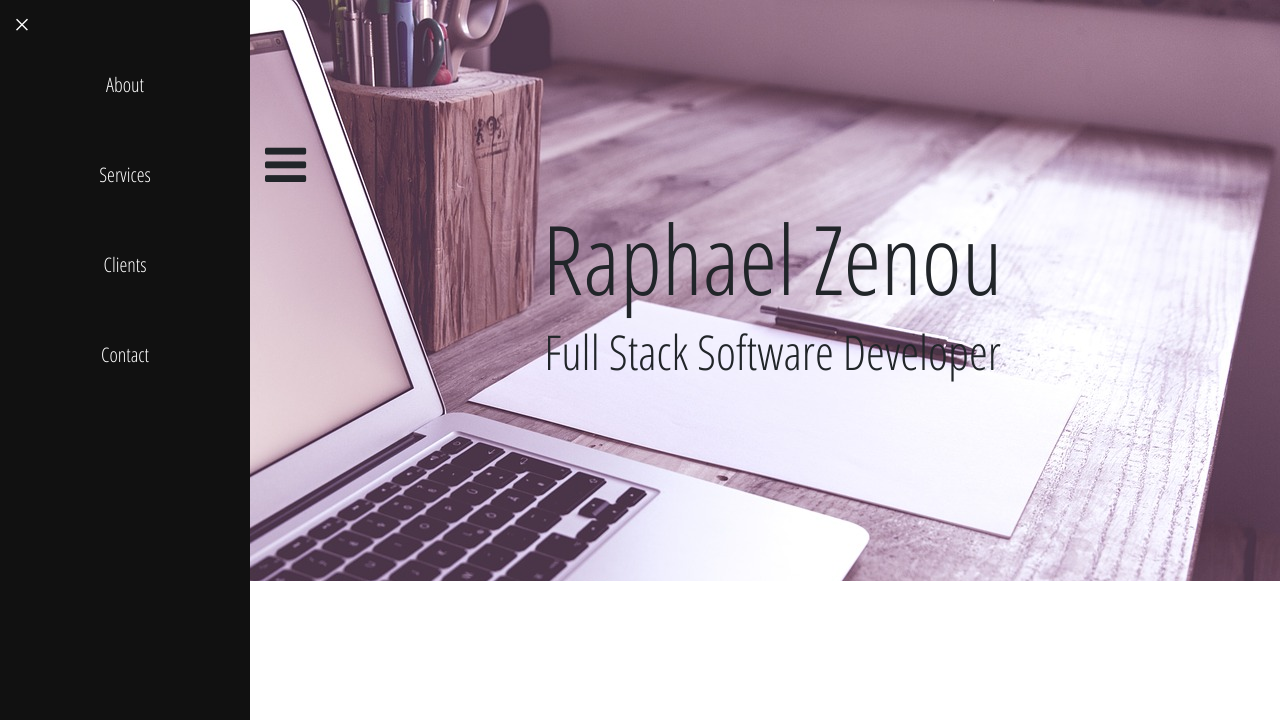
Repository: Code-Institute-Submissions/resume
Page: index.html
The author's editor kept a record of every edit. The page is drawn from the files as they stood at one moment, then again after the next edit.
The browser window is 1280 px wide. The pictures show the whole page.
After loading, the first visible `span` was clicked once.

Above is the page before.

### index.html
<!doctype html>
<html lang="en">
  <head>
    <!-- Required meta tags -->
    <meta charset="utf-8">
    <meta name="viewport" content="width=device-width, initial-scale=1, shrink-to-fit=no">

    <!-- Bootstrap & font awesome CSS -->
    <link rel="stylesheet" href="https://stackpath.bootstrapcdn.com/bootstrap/4.3.1/css/bootstrap.min.css" integrity="sha384-ggOyR0iXCbMQv3Xipma34MD+dH/1fQ784/j6cY/iJTQUOhcWr7x9JvoRxT2MZw1T" crossorigin="anonymous">
    <link rel="stylesheet" href="https://stackpath.bootstrapcdn.com/font-awesome/4.7.0/css/font-awesome.min.css" type="text/css" />

    <!-- Custom CSS -->
    <link rel="stylesheet" href="assets/css/style.css" type="text/css" />


    <title>Raphael Zenou - Full Stack Software Developer</title>
  </head>

 <div id="mySidenav" class="sidenav">
  <a href="javascript:void(0)" class="closebtn" onclick="closeNav()">&times;</a>
  <a href="#">About</a>
  <a href="#">Services</a>
  <a href="#">Clients</a>
  <a href="#">Contact</a>
</div>



<div id="main">

  <body>


    <header class="jumbotron jumbotron-fluid">
      <div class="container-fluid">
        <div class="row sidebarburger">
          <span onclick="openNav()"><i class="fa fa-bars"></i></span>
        </div>
        <div class="row">
          <h1 class="header-text name">Raphael Zenou</h1>
        </div>
        <div class="row">
          <h2 class="header-text job">Full Stack Software Developer</h1>
        </div>

      </div>
    </header>

    <section id="about">



    </section>
    <section id=>


    </section>


    <!-- Optional Bootstrap reltated JavaScript -->
    <!-- jQuery first, then Popper.js, then Bootstrap JS -->
    <script src="https://code.jquery.com/jquery-3.3.1.slim.min.js" integrity="sha384-q8i/X+965DzO0rT7abK41JStQIAqVgRVzpbzo5smXKp4YfRvH+8abtTE1Pi6jizo" crossorigin="anonymous"></script>
    <script src="https://cdnjs.cloudflare.com/ajax/libs/popper.js/1.14.7/umd/popper.min.js" integrity="sha384-UO2eT0CpHqdSJQ6hJty5KVphtPhzWj9WO1clHTMGa3JDZwrnQq4sF86dIHNDz0W1" crossorigin="anonymous"></script>
    <script src="https://stackpath.bootstrapcdn.com/bootstrap/4.3.1/js/bootstrap.min.js" integrity="sha384-JjSmVgyd0p3pXB1rRibZUAYoIIy6OrQ6VrjIEaFf/nJGzIxFDsf4x0xIM+B07jRM" crossorigin="anonymous"></script>
    <script>
      function openNav() {
        document.getElementById("mySidenav").style.width = "250px";
        document.getElementById("main").style.marginLeft = "250px";
      }

      function closeNav() {
        document.getElementById("mySidenav").style.width = "0";
        document.getElementById("main").style.marginLeft= "0";
      }
    </script>
  </body>
  <footer>
  </footer>

</div>



</html>

### assets/css/style.css
@import url('https://fonts.googleapis.com/css?family=Open+Sans:100,200,300,400,500,600,700|Dosis:100,200,300,400,500,600,700|Open+Sans+Condensed:100,200,300,400,500,600,700');

/* -------------------------------------------------------------------------------GENERAL */

.container-fluid, .sidenav a {
  font-family: 'Open Sans Condensed', 'sans-serif';
}

/* -------------------------------------------------------------------------------HEADER JUMBOTRON */

.jumbotron {
    margin: 0px;
    background: url("../pics/header.jpg");
    background-position: top;
    background-size: 100%;
    background-repeat: no-repeat;
    background-attachment: fixed;
    padding-top:8em;
    padding-bottom:12em;
}


.container-fluid {
  font-size:2em;
  padding: 0px;
  margin: 0px;
  width: 100%;
}

.header-text {
    text-align: center;
    width:100%;
}

.name {
    font-size: 3em;
}
.job {
    font-size:1.5em;
}
.row {
    margin:0px;
    padding-left: 15px;

}



@media only screen and (max-width: 411px) {
    .jumbotron { padding-top:2.5em;padding-bottom:2.5em;}
    .name {font-size: 1.5em;}
    .job {font-size:.75em;}}

/* -------------------------------------------------------------------------------SIDEBAR base code from W3School*/

/* The side navigation menu */
.sidenav {
  height: 100%; /* 100% Full-height */
  width: 0; /* 0 width - change this with JavaScript */
  position: fixed; /* Stay in place */
  z-index: 1; /* Stay on top */
  top: 0; /* Stay at the top */
  left: 0;
  background-color: #111; /* Black*/
  overflow-x: hidden; /* Disable horizontal scroll */
  padding-top: 60px; /* Place content 60px from the top */
  transition: 0.5s; /* 0.5 second transition effect to slide in the sidenav */
}

/* The navigation menu links */
.sidenav a {
  /*padding: 2px 8px 2px 2px;*/
  padding-top:10px;
  padding-bottom: 50px;
  text-align:center;
  text-decoration: none;
  font-size: 20px;
  color: #fefefe;
  display: block;
  transition: 0.3s;
}

/* When you mouse over the navigation links, change their color */
.sidenav a:hover {
  color: yellow;
}

/* Position and style the close button (top right corner) */
.sidenav .closebtn {
  position: absolute;
  top: 0;
  left: 25px;
  font-size: 35px;
  margin-left: -10px;
  margin-top: -2px;
  padding: 0px;
}


/* Style page content - use this if you want to push the page content to the right when you open the side navigation */
#main {
  transition: margin-left .5s;
  padding: 0px;
}

/* On smaller screens, where height is less than 450px, change the style of the sidenav (less padding and a smaller font size) */
@media screen and (max-width: 411px) {
  .sidenav {padding-top: 60px;}
  .sidenav a {font-size: 15px; padding-bottom: 20px;padding-top: 10px;}
  .sidenav .closebtn {right: 110px;font-size: 35px;margin-left: -15px;padding-top: 2px}
}


/* -------------------------------------------------------------------------------STICKY TOP MENU base code from W3School*/

/* The navigation bar */
.navbar {
  overflow: hidden;
  background-color: transparent;
  position: fixed; /* Set the navbar to fixed position */
  top: 0; /* Position the navbar at the top of the page */
  width: 100%; /* Full width */

}

.sidebarburger {
  font-size:1.5em;

}


/* Change background on mouse-over */
.sidebarburger:hover {
  color: white;
}

@media screen and (max-width: 411px) {
  .sidebarburger {font-size:1.3em;}
}

After the next edit:
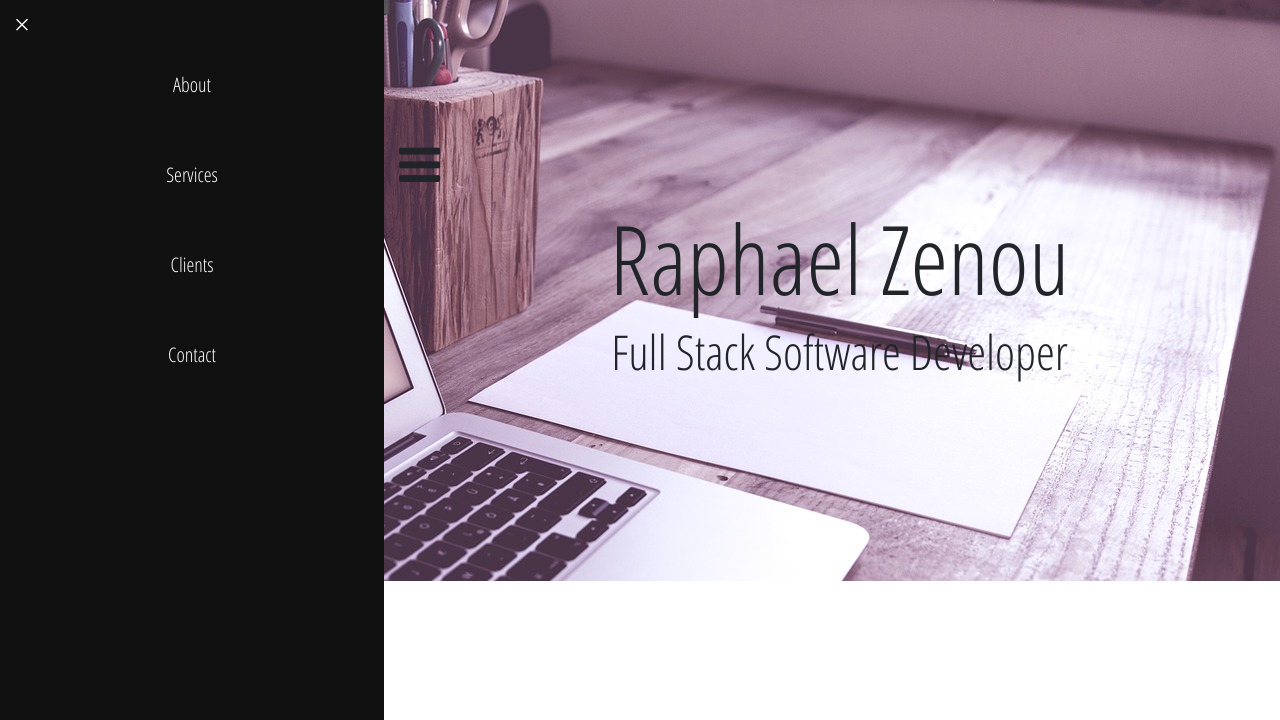
The edit:
--- a/index.html
+++ b/index.html
@@ -64,8 +64,8 @@
     <script src="https://stackpath.bootstrapcdn.com/bootstrap/4.3.1/js/bootstrap.min.js" integrity="sha384-JjSmVgyd0p3pXB1rRibZUAYoIIy6OrQ6VrjIEaFf/nJGzIxFDsf4x0xIM+B07jRM" crossorigin="anonymous"></script>
     <script>
       function openNav() {
-        document.getElementById("mySidenav").style.width = "250px";
-        document.getElementById("main").style.marginLeft = "250px";
+        document.getElementById("mySidenav").style.width = "30%";
+        document.getElementById("main").style.marginLeft = "30%";
       }
 
       function closeNav() {
